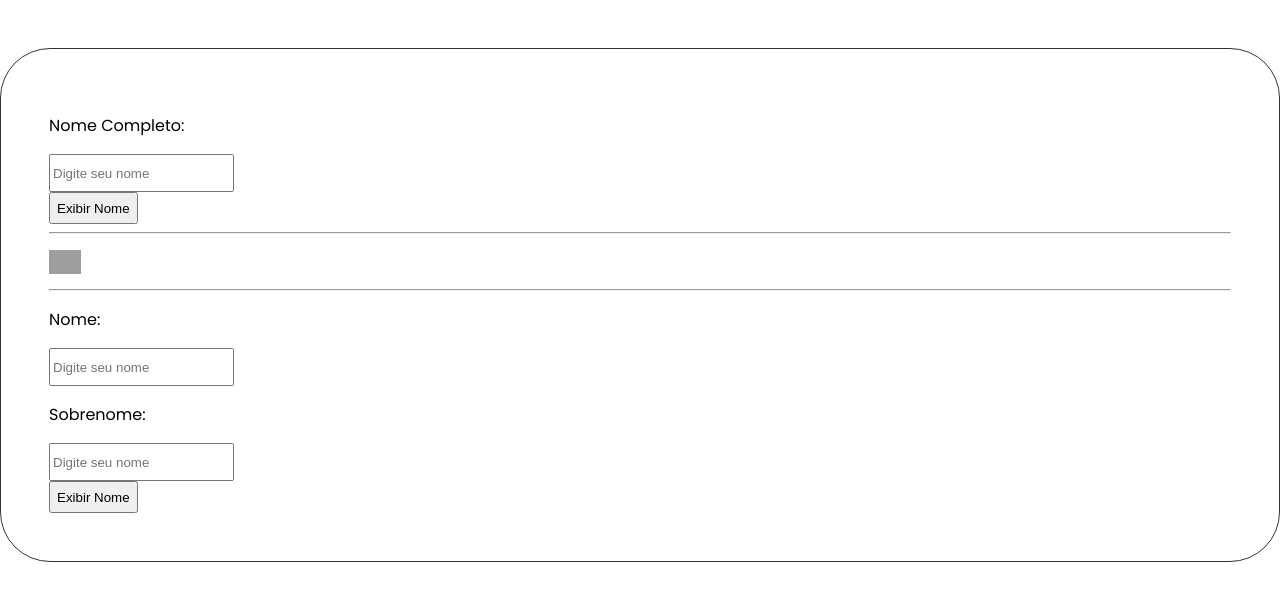
Repository: guilhermecardoso93/exerciciosjs
Page: index.html
These files come from the project's save history. The page is drawn as it stood at one moment and after the next save; the edit follows.
The browser window is 1280 px wide. The pictures show the whole page.
Pictures or frames that could not be fetched are drawn as grey boxes.

Above is the page before, as saved 2023-05-20 11:54:50.

### index.html
<!DOCTYPE html>
<html lang="pt-Br">
  <head>
    <meta charset="UTF-8">
    <meta http-equiv="X-UA-Compatible" content="IE=edge">
    <meta name="viewport" content="width=device-width, initial-scale=1.0">
    <link rel="preconnect" href="https://fonts.googleapis.com">
    <link rel="preconnect" href="https://fonts.gstatic.com" crossorigin>
    <link rel="stylesheet" href="styles.css">
    <link
      href="https://fonts.googleapis.com/css2?family=Poppins:wght@400;500&display=swap"
      rel="stylesheet">
    <title>40 - exercícios de JS</title>
  </head>
  <body>
    <div class="NameDiv">
      <p>Nome Completo:</p>
      <input type="text" name="name" id="name"
        placeholder="Digite seu nome"/>
      <br />
      <input type="button" value="Exibir Nome" id="exibir-nome"/>
      <hr />
      <p id="name-length" value></p>
      <img id="lamp" src="https://www.w3schools.com/js/pic_bulboff.gif">
      <hr/>
    </div>
    <div class="fullNameDiv">
      <p>Nome:</p>
      <input type="text" name="name-2" id="name-2"
        placeholder="Digite seu nome"/>
      <p>Sobrenome:</p>
      <input type="text" name="fullname" id="fullname"
        placeholder="Digite seu nome"/>
      <br/>
      <input type="button" value="Exibir Nome" id="exibir-nome-convidado"/>
    </div>
  </body>
  <script src="./script.js"></script>
</html>

### styles.css
body {
  font-family: "Poppins", sans-serif;
  margin: 3rem 0;
  border: 1px solid #333;
  border-radius: 50px;
  padding: 3rem;
}

#lamp{
  cursor: pointer;
  cursor: hand;
  width: 2rem;
}

.fullNameDiv .NameDiv{
  display: flex;
  gap: 5px;
  align-items: center;
  justify-content: center;
}

.fullNameDiv > input, .NameDiv > input {
  height: 2rem;
}

### script.js
//alert('Hello World!');
const conta = `valor de 2 + 2 é`;
//alert(`${conta} ${2 + 2}` )

const buttonShowName = document.getElementById("exibir-nome");

buttonShowName.addEventListener("click", () => {
  const inputValue = document.getElementById("name").value;
  alert(`Meu nome Completo é ${inputValue}`);
  alert(`A quantidade de letras no seu nome é de ${inputValue.length}`);
});

function turnOnOff() {
  var image = document.getElementById("lamp").src;
  var lampOn = "https://www.w3schools.com/js/pic_bulbon.gif";
  var lampOff = "https://www.w3schools.com/js/pic_bulboff.gif";

  if (image == lampOn) {
    document.getElementById("lamp").src = lampOff;
  } else {
    document.getElementById("lamp").src = lampOn;
  }
}
document.getElementById("lamp").addEventListener("mouseover", turnOnOff);
//document.getElementById("lamp").addEventListener("click", turnOnOff);

const buttonShowFullName = document.getElementById("exibir-nome-convidado");

buttonShowFullName.addEventListener("click", () => {
  const inputValueName = document.getElementById("name-2").value;
  const inputValueFullName = document.getElementById("fullname").value;
  alert(`Meu nome Completo é ${inputValueName} ${inputValueFullName}`);
});

After the next save:
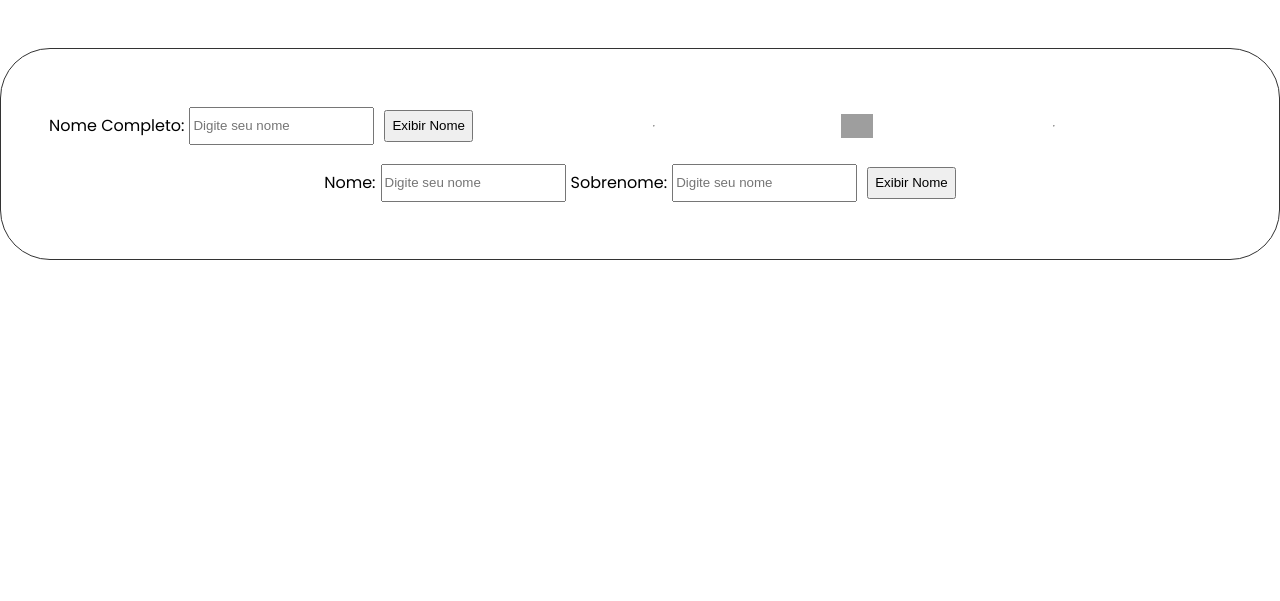
Saved 7 s later.
--- a/styles.css
+++ b/styles.css
@@ -12,7 +12,7 @@ body {
   width: 2rem;
 }
 
-.fullNameDiv .NameDiv{
+.fullNameDiv,.NameDiv{
   display: flex;
   gap: 5px;
   align-items: center;
